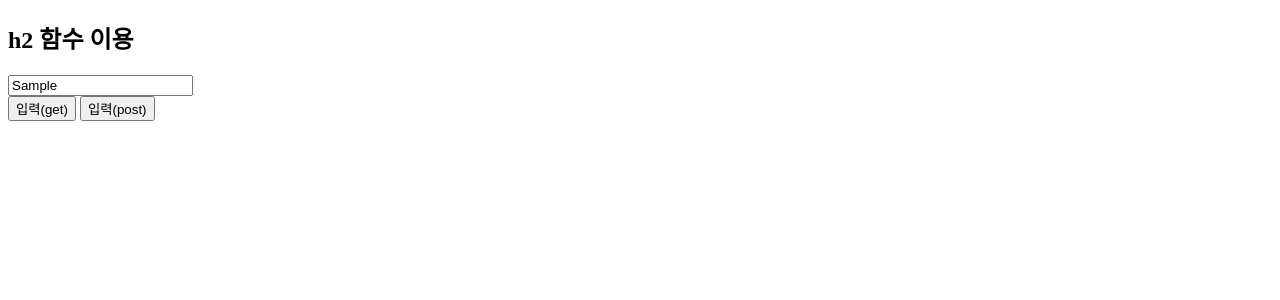
Repository: dongcmd/dong_jsp
Page: ajaxStudy/src/main/webapp/ex06_fetch.html
An editor plug-in stored every save of this project. The page is shown before and after the next save, followed by the edit.
The browser window is 1280 px wide. The pictures show the whole page.
Empty fields were first filled with sample values (such as "Sample", 5 or name@example.com).
After loading, the first visible `button[onclick="loadJspPost()"]` was clicked once.

Above is the page before, as saved 2025-04-21 06:07:02.

### ajaxStudy/src/main/webapp/ex06_fetch.html
<!DOCTYPE html>
<html>
<head>
<meta charset="UTF-8">
<title>fetch : 파라미터 전달</title>
</head>
<body>
<h2>h2 함수 이용</h2>
<form name="f">
	<input type="text" name="name"></form>
<button onclick="loadJspGet()">입력(get)</button>
<button onclick="loadJspPost()">입력(post)</button>
<div id="demo"></div>
<script>
	function loadJspGet() {
		fetch("ex02_basic.jsp?name=" + document.f.name.value)
		.then( r => r.text() )
		.then(data => document.querySelector("#demo").innerHTML = data)
	}

	function loadJspPost() {
		fetch("ex02_basic.jsp", {
			method : "POST",
			headers : {
				"Content-Type" : "application/x-www-form-urlencoded;charset=utf-8"},
			body : "name" + document.f.name.value
			}
		)
	}
</script>
</body>
</html>

After the next save:
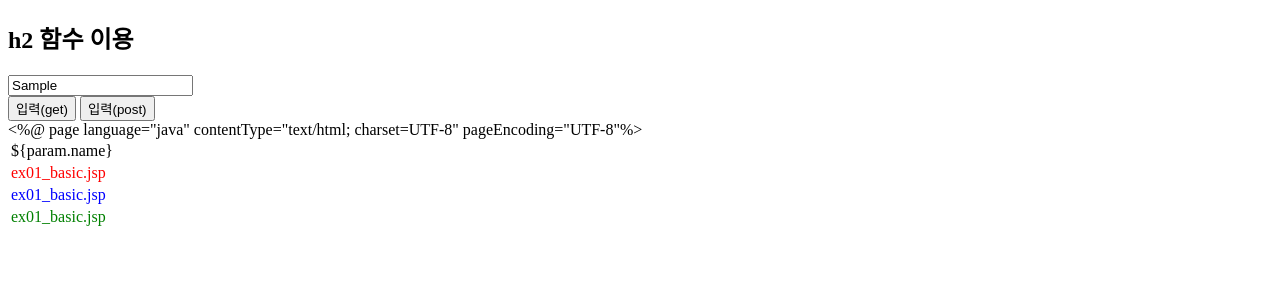
Saved 37 s later.
--- a/ajaxStudy/src/main/webapp/ex06_fetch.html
+++ b/ajaxStudy/src/main/webapp/ex06_fetch.html
@@ -24,8 +24,9 @@
 			headers : {
 				"Content-Type" : "application/x-www-form-urlencoded;charset=utf-8"},
 			body : "name" + document.f.name.value
-			}
-		)
+		})
+		.then(r => r.text())
+		.then(data => document.querySelector("#demo").innerHTML += data)
 	}
 </script>
 </body>
